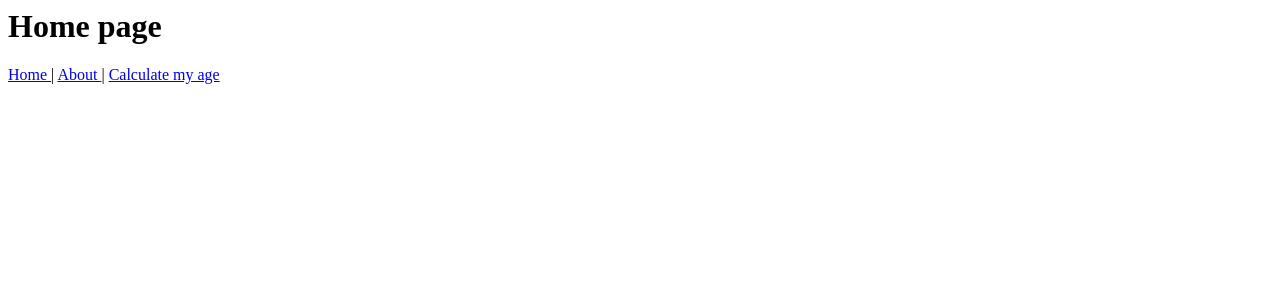
Repository: fahjan/routs-project
Page: http://localhost/
The author's editor kept a copy of each file at every save. The page is drawn from the files as they stood at one save, then again after the next save.
The browser window is 1280 px wide. The pictures show the whole page.
Some web fonts or font styles are not loaded; a fallback is used. The page is served by the project's Laravel application, run on PHP 8.4 with Laravel 12. Other server files are loaded and not shown.

Above is the page before, as saved 2025-12-24 09:01:46.

### routes/web.php
<?php

use Illuminate\Support\Facades\Route;

Route::get('/', function () {
    return view('welcome');
});

Route::get('about', function () {
    return view('about');
})->name('about');

Route::view('date_of_birth', 'date_of_birth_form')->name('date_of_birth_form');

### resources/views/welcome.blade.php
@extends('layouts.template')

@section('content')
<h1>Home page</h1>

### resources/views/layouts/template.blade.php
<!DOCTYPE html>
<html lang="{{ str_replace('_', '-', app()->getLocale()) }}">

<head>
    <meta charset="utf-8">
    <meta name="viewport" content="width=device-width, initial-scale=1">

    <title>{{ config('app.name', 'Laravel') }}</title>

    <!-- Fonts -->
    <link rel="preconnect" href="https://fonts.bunny.net">
    <link href="https://fonts.bunny.net/css?family=instrument-sans:400,500,600" rel="stylesheet" />

    <!-- Styles / Scripts -->

</head>

<body
    class="bg-[#FDFDFC] dark:bg-[#0a0a0a] text-[#1b1b18] flex p-6 lg:p-8 items-center lg:justify-center min-h-screen flex-col">
    <header class="w-full lg:max-w-4xl max-w-[335px] text-sm mb-6 not-has-[nav]:hidden">
        <nav class="flex justify-between items-center">
            <a href="{{ url('/') }}" class="font-semibold text-lg">
                Home
            </a>
            |
            <a href="{{ route('about') }}" class="font-semibold text-lg">
                About
            </a>
            |
            <a href="{{ route('date_of_birth_form') }}" class="font-semibold text-lg">
                Calculate my age
            </a>

        </nav>
    </header>
    <div
        class="flex items-center justify-center w-full transition-opacity opacity-100 duration-750 lg:grow starting:opacity-0">
        <main class="flex max-w-[335px] w-full flex-col-reverse lg:max-w-4xl lg:flex-row">
            <div
                class="text-[13px] leading-[20px] flex-1 p-6 pb-12 lg:p-20 bg-white dark:bg-[#161615] dark:text-[#EDEDEC] shadow-[inset_0px_0px_0px_1px_rgba(26,26,0,0.16)] dark:shadow-[inset_0px_0px_0px_1px_#fffaed2d] rounded-bl-lg rounded-br-lg lg:rounded-tl-lg lg:rounded-br-none">

                @yield('content')
        </main>
    </div>

</body>

</html>

After the next save:
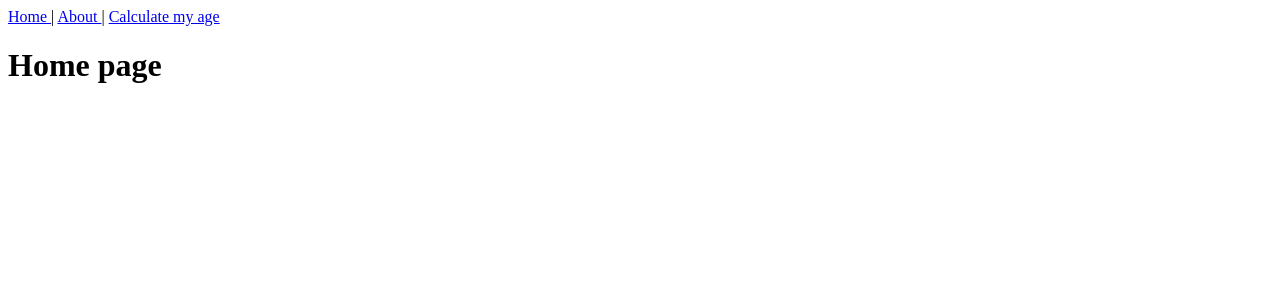
Saved 4 s later.
--- a/resources/views/welcome.blade.php
+++ b/resources/views/welcome.blade.php
@@ -1,4 +1,6 @@
 @extends('layouts.template')
 
 @section('content')
-<h1>Home page</h1>
+    <h1>Home page</h1>
+
+@endsection
